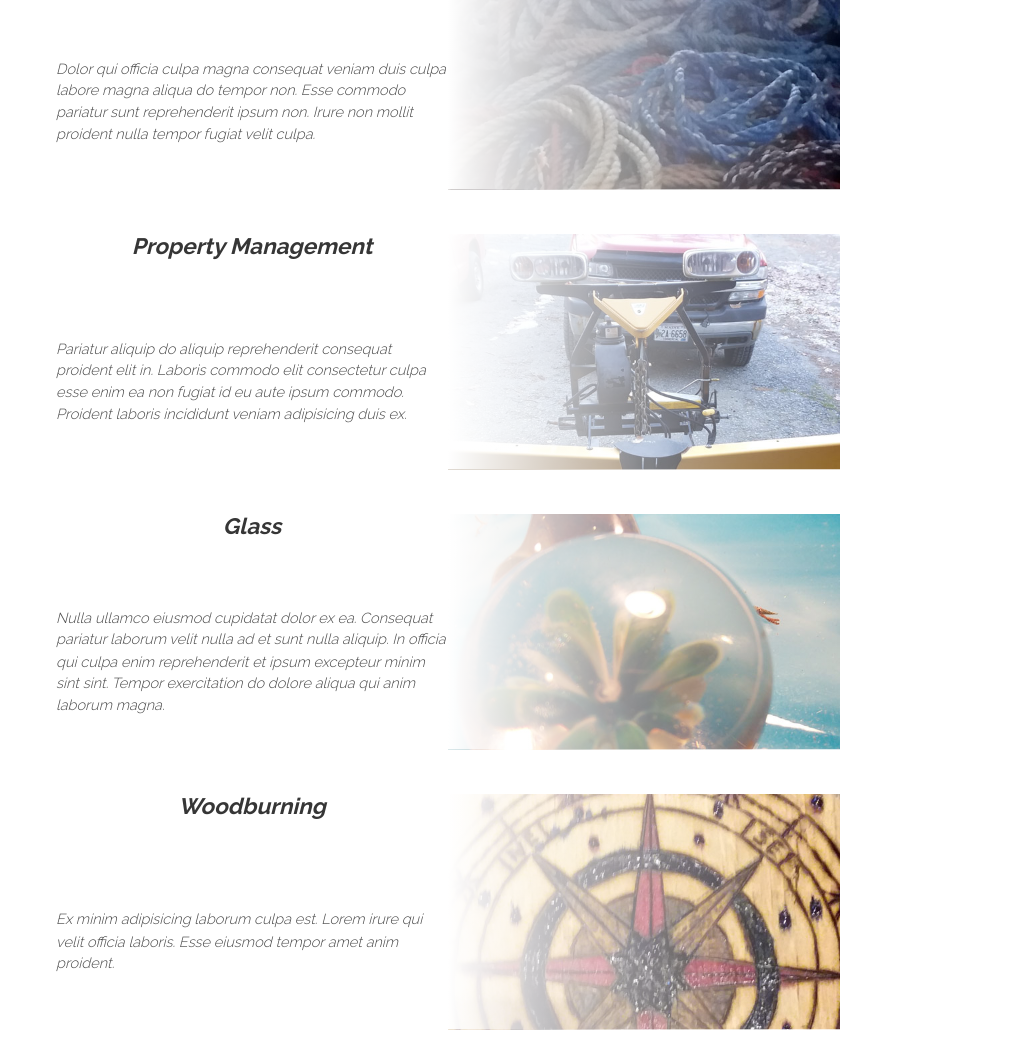
Repository: toddmcbrearty/duckpaddleduo
Page: /
An editor plug-in stored every save of this project. The page is shown before and after the next save, followed by the edit.
The browser window is 1280 px wide. The page is 1456 px wide, so the pictures cover 1456 px, including what lies to the right of the window. The pictures show the part of the page from y = 1915 to 3595 px (the page is 3415 px tall before and 3595 px after), at 70% of full size.
Some web fonts or font styles are not loaded; a fallback is used. The project was rebuilt for these pictures with package versions that can differ from the ones it lists, and the page was loaded fresh each time.

Above is the page before, as saved 2018-12-12 12:22:01.

After the next save:
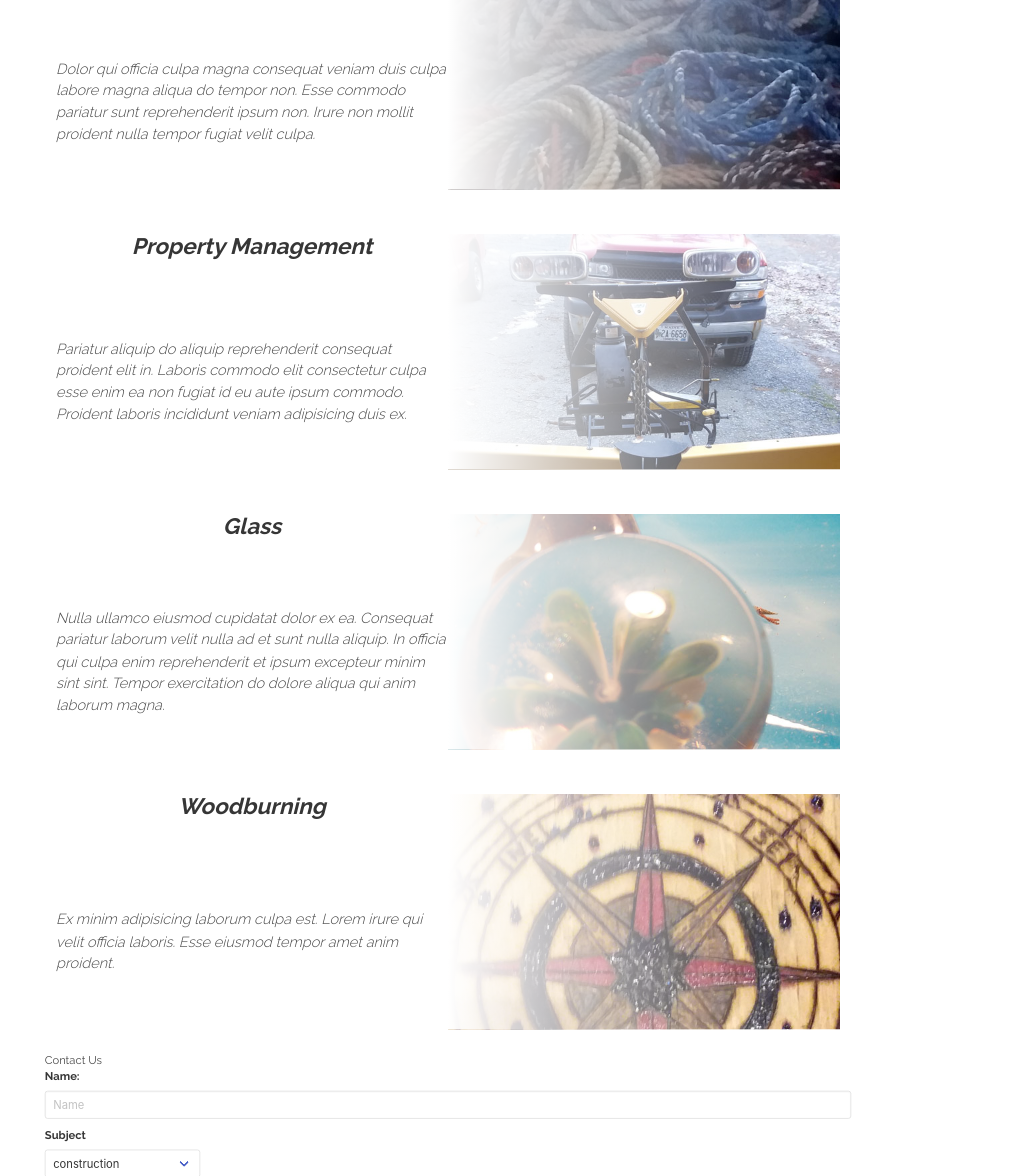
Saved 20 s later.
--- a/src/components/Contact.vue
+++ b/src/components/Contact.vue
@@ -30,7 +30,7 @@
   name: "Contact",
 
   data() {
-    return store;
+    return { store };
   }
 };
 </script>

After the save that followed:
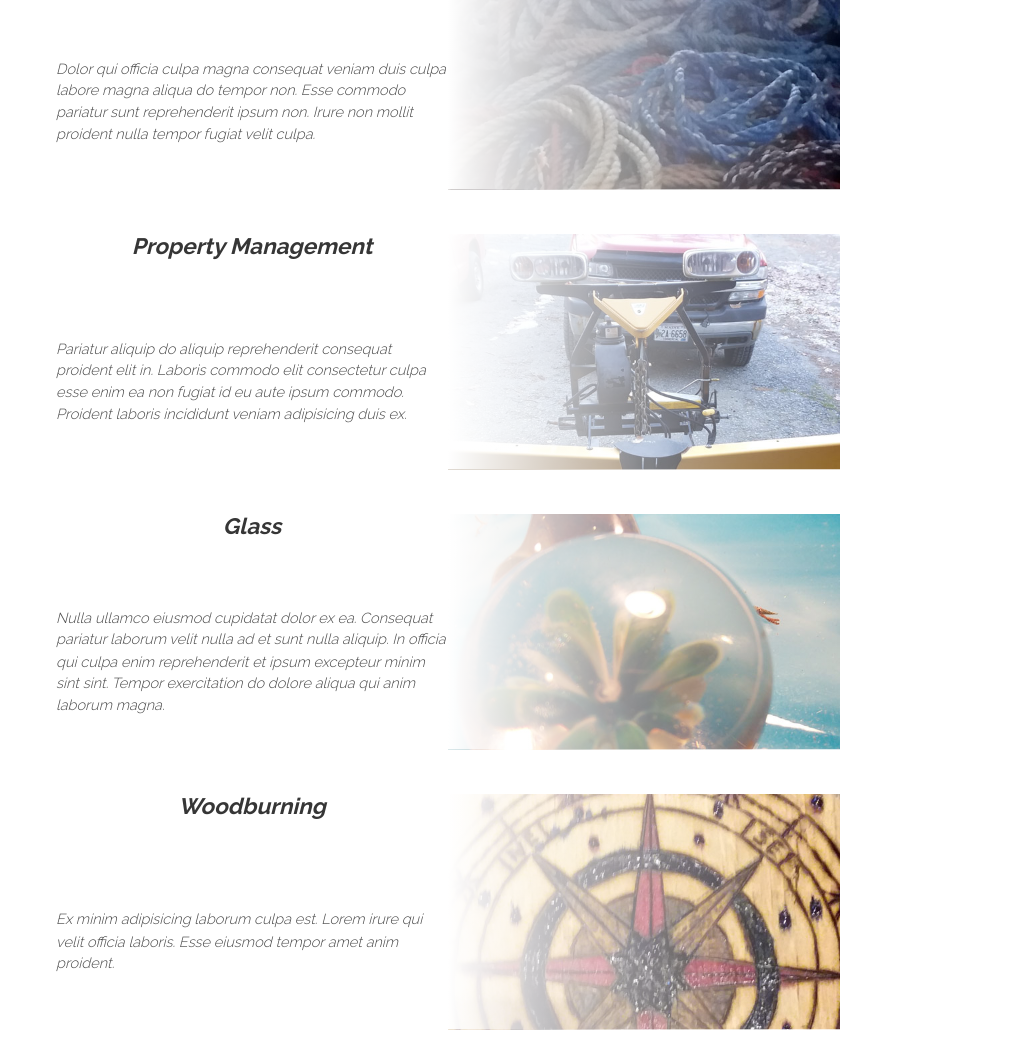
Saved 16 s later.
--- a/src/components/Contact.vue
+++ b/src/components/Contact.vue
@@ -27,11 +27,7 @@
 import store from "../store.js";
 
 export default {
-  name: "Contact",
-
-  data() {
-    return { store };
-  }
+  name: "Contact"
 };
 </script>
 
